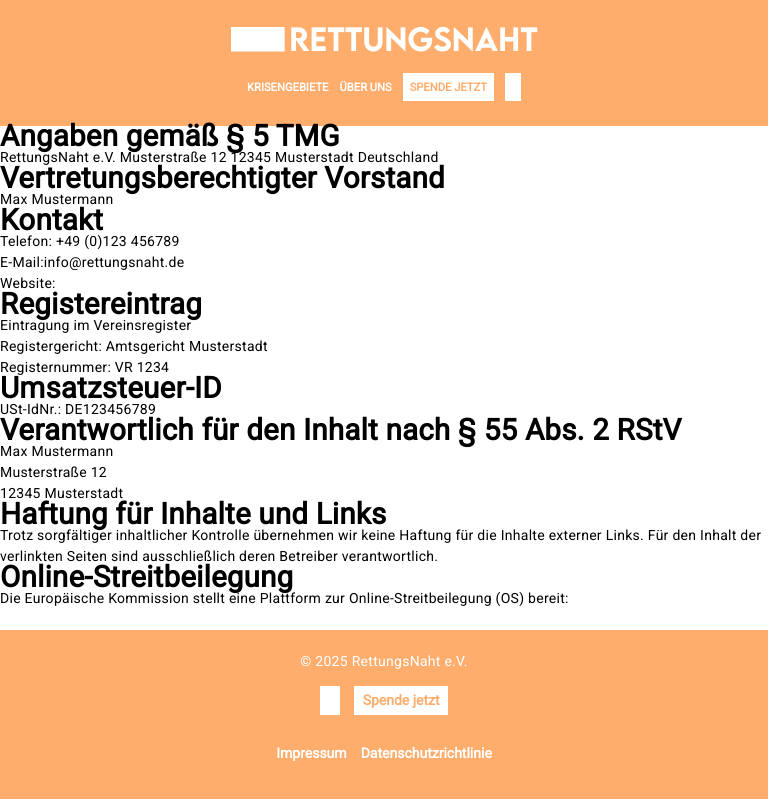
Repository: chriZVee/rettungsnaht
Page: /imprint
An editor plug-in stored every save of this project. The page is shown before and after the next save, followed by the edit.
The browser window is 768 px wide. The pictures show the whole page.
The project was rebuilt for these pictures with package versions that can differ from the ones it lists, and the page was loaded fresh each time. Also part of the build but not shown: vite.config.js, src/index.css, src/styles/hero.css, src/components/Hero.jsx, src/styles/form.css, src/components/form/AreaSelection.jsx, src/components/form/ContactData.jsx, src/components/form/DonationMethod.jsx and 15 more.

Above is the page before, as saved 2025-04-14 11:50:56.

After the next save:
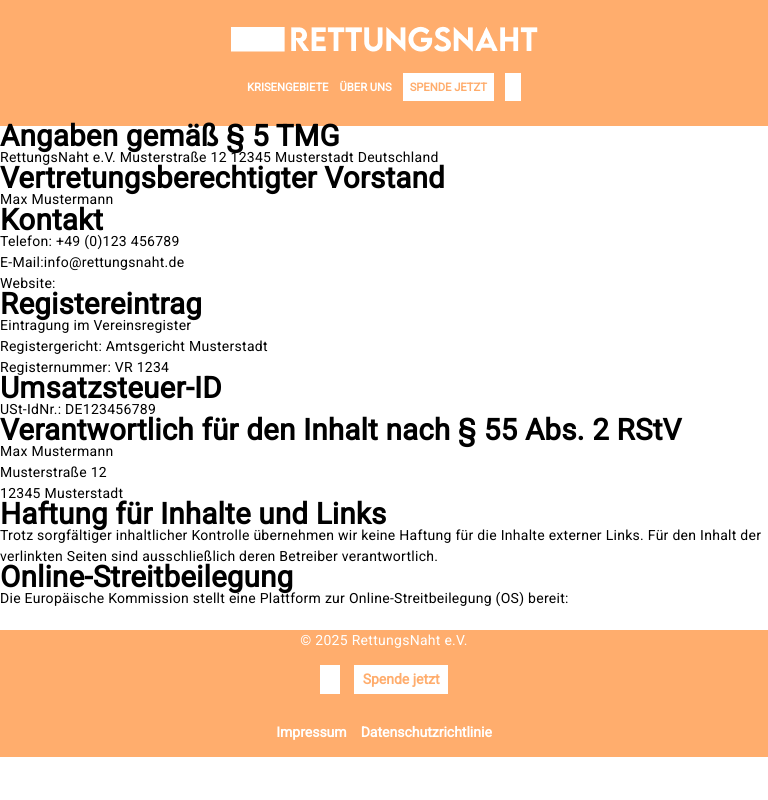
Saved 24 min 50 s later.
--- a/src/styles/footer.css
+++ b/src/styles/footer.css
@@ -61,6 +61,6 @@
     justify-content: center;
     max-height: none;
     gap: 0;
-    padding: 1.5em 0;
+    padding: 0;
   }
 }

After the save that followed:
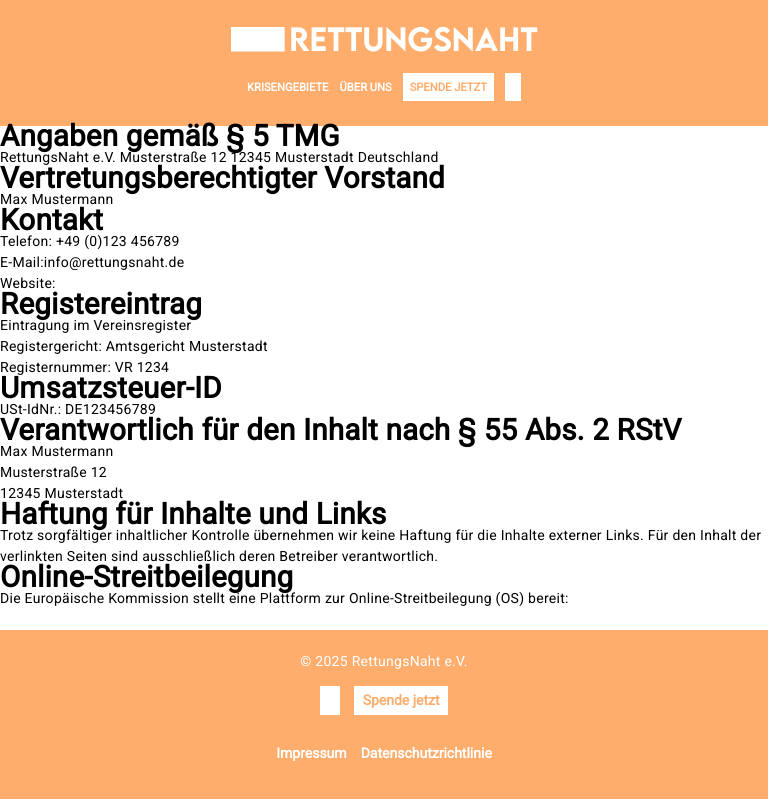
Saved 19 s later.
--- a/src/styles/footer.css
+++ b/src/styles/footer.css
@@ -61,6 +61,6 @@
     justify-content: center;
     max-height: none;
     gap: 0;
-    padding: 0;
+    padding: 1.5em 0;
   }
 }
